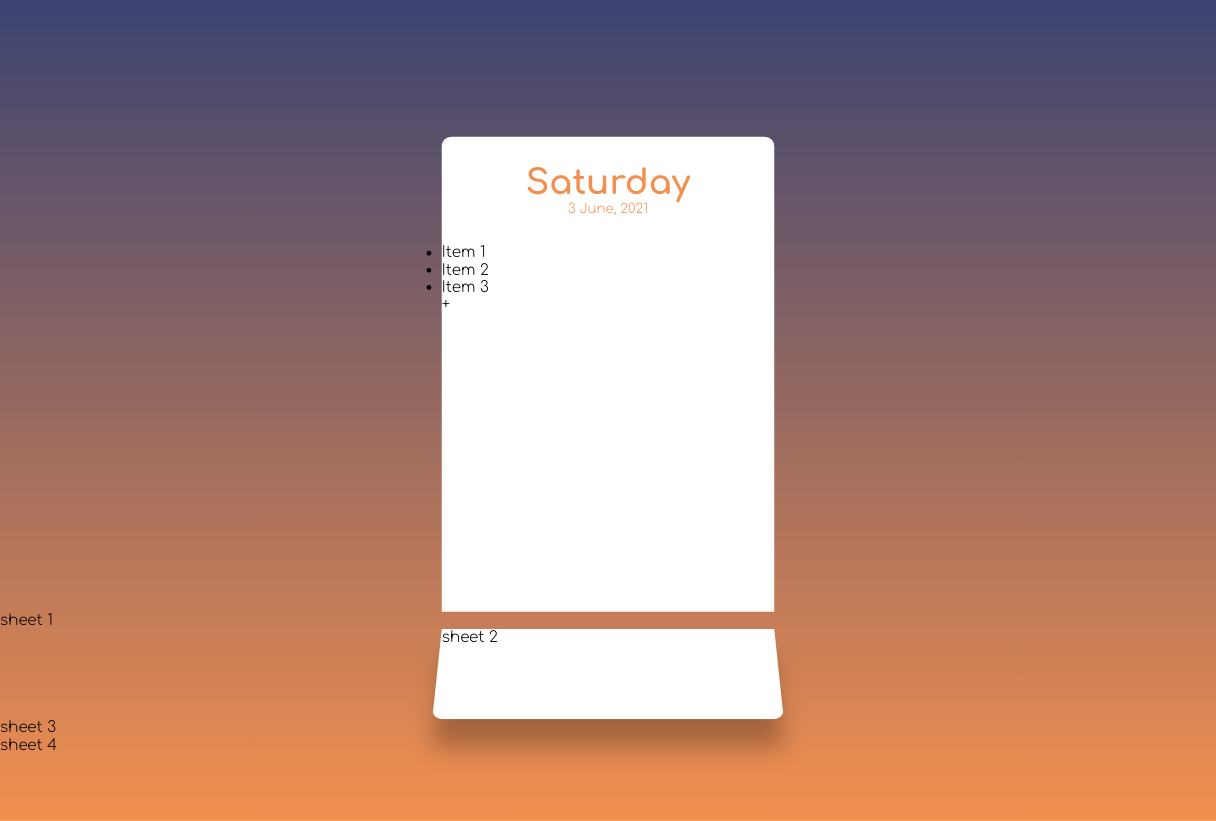
Repository: Colo-Codes/mini-projects
Page: todo-app/index.html
An editor plug-in stored every save of this project. The page is shown before and after the next save, followed by the edit.
The browser window is 1280 px wide. The pictures show the whole page, at 95% of full size.

Above is the page before, as saved 2021-07-04 11:42:25.

### todo-app/index.html
<!DOCTYPE html>
<html lang="en">
    <head>
        <meta charset="UTF-8" />
        <meta http-equiv="X-UA-Compatible" content="IE=edge" />
        <meta name="viewport" content="width=device-width, initial-scale=1.0" />
        <link rel="stylesheet" href="./css/index.css" />
        <title>Mini-Project - ToDo app</title>
    </head>
    <body>
        <div class="changing-background">
            <main class="todo">
                <section id="todo--header">
                    <header>Saturday</header>
                    <p>3 June, 2021</p>
                </section>
                <section id="todo--tasks-list">
                    <ul>
                        <li class="todo--tasks-list--item">Item 1</li>
                        <li class="todo--tasks-list--item">Item 2</li>
                        <li class="todo--tasks-list--item">Item 3</li>
                    </ul>
                </section>
                <section id="todo--footer">
                    <p>+</p>
                </section>
            </main>
            <div id="sheet-1-3d">sheet 1</div>
            <div id="sheet-2-3d">sheet 2</div>
            <div id="sheet-3-3d">sheet 3</div>
            <div id="sheet-4-3d">sheet 4</div>
        </div>
    </body>
</html>

### todo-app/css/index.css
@import url('https://fonts.googleapis.com/css2?family=Comfortaa:wght@300;700&display=swap');

/* Initial reset */

html {
    box-sizing: border-box;
    font-size: 16px;
}

*,
*:before,
*:after {
    box-sizing: inherit;
    margin: 0;
    padding: 0;
    /*outline: 1px dashed blue; /* Debugging purposes */
}

body {
    font-family: 'Comfortaa', cursive;
    background: #f3904f; /* fallback for old browsers */
    background: -webkit-linear-gradient(
        to bottom,
        #3b4371,
        #f3904f
    ); /* Chrome 10-25, Safari 5.1-6 */
    background: linear-gradient(
        to bottom,
        #3b4371,
        #f3904f
    ); /* W3C, IE 10+/ Edge, Firefox 16+, Chrome 26+, Opera 12+, Safari 7+ */
    background-repeat: no-repeat;
    background-size: cover;
    height: 100vh;
}

.todo {
    margin: auto;
    margin-top: 20vh;
    width: 350px;
    height: 500px;
    background-color: white;
    border-radius: 10px 10px 0 0;
}

div [#sheet-1-3d] {
    width: 370px;
    height: 95px;
    margin: auto;
    border-radius: 0 0 10px 10px;
    /* trapezoidal shape */
    border-bottom: 95px solid white;
    border-left: 10px solid transparent;
    border-right: 10px solid transparent;
    -webkit-filter: drop-shadow(0px 30px 12px rgba(0, 0, 0, 0.25));
    filter: drop-shadow(0px 30px 12px rgba(0, 0, 0, 0.25));
    -ms-filter: "progid:DXImageTransform.Microsoft.Dropshadow(OffX=0, OffY=30, Color='#444')";
    filter: "progid:DXImageTransform.Microsoft.Dropshadow(OffX=0, OffY=30, Color='#444')";
}
#sheet-2-3d {
    width: 370px;
    height: 95px;
    margin: auto;
    border-radius: 0 0 10px 10px;
    /* trapezoidal shape */
    border-bottom: 95px solid white;
    border-left: 10px solid transparent;
    border-right: 10px solid transparent;
    -webkit-filter: drop-shadow(0px 30px 12px rgba(0, 0, 0, 0.25));
    filter: drop-shadow(0px 30px 12px rgba(0, 0, 0, 0.25));
    -ms-filter: "progid:DXImageTransform.Microsoft.Dropshadow(OffX=0, OffY=30, Color='#444')";
    filter: "progid:DXImageTransform.Microsoft.Dropshadow(OffX=0, OffY=30, Color='#444')";
}

#todo--header header {
    padding-top: 1.75rem;
    font-size: 2.25rem;
    font-weight: 700;
    text-align: center;
    color: #f3904f;
}

#todo--header p {
    font-size: 0.875rem;
    text-align: center;
    color: #f3904f;
}

#todo--tasks-list {
    margin-top: 1.875rem;
}

After the next save:
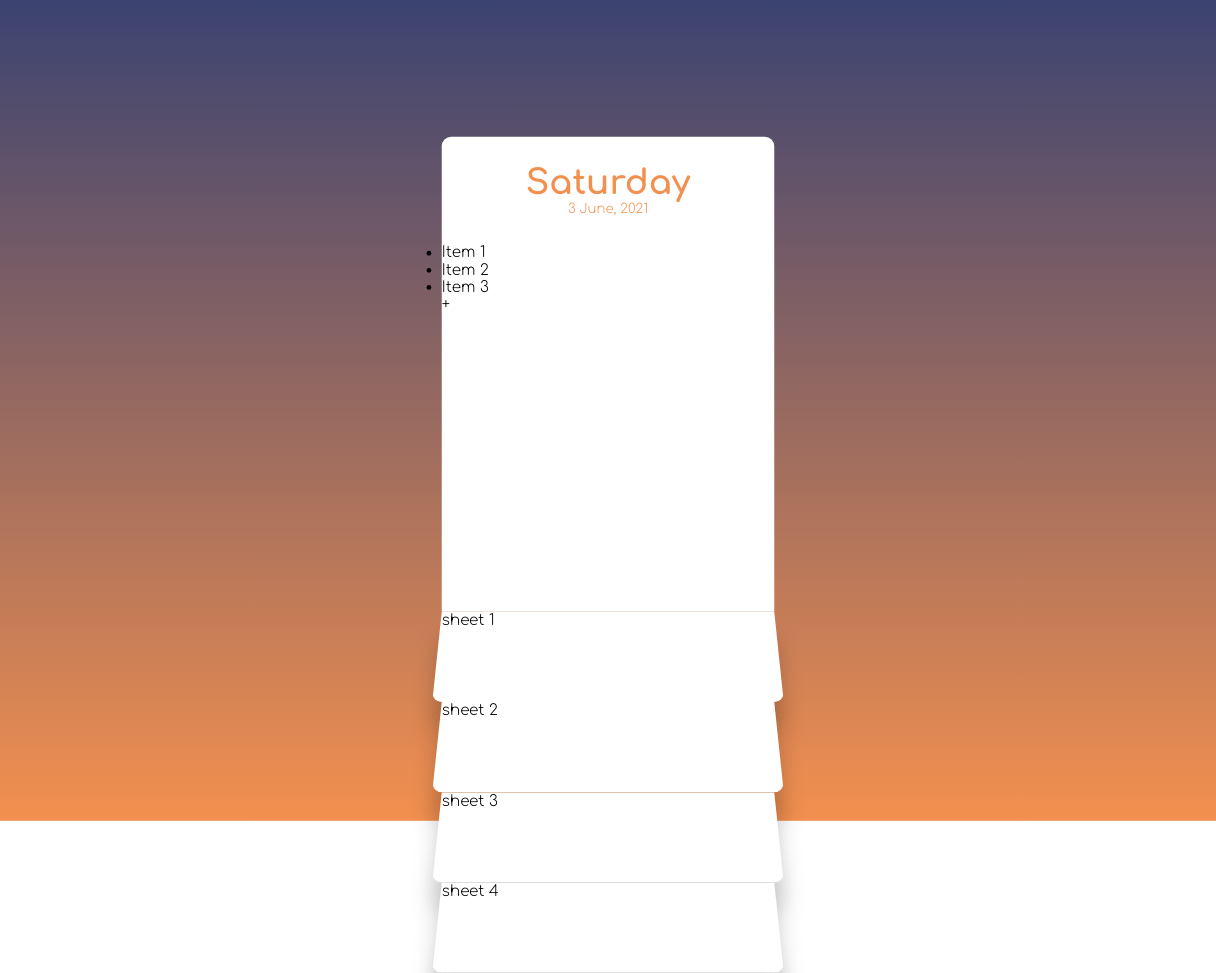
Saved 65 s later.
--- a/todo-app/css/index.css
+++ b/todo-app/css/index.css
@@ -43,7 +43,7 @@ body {
     border-radius: 10px 10px 0 0;
 }
 
-div [#sheet-1-3d] {
+div [id^='sheet-'] {
     width: 370px;
     height: 95px;
     margin: auto;
